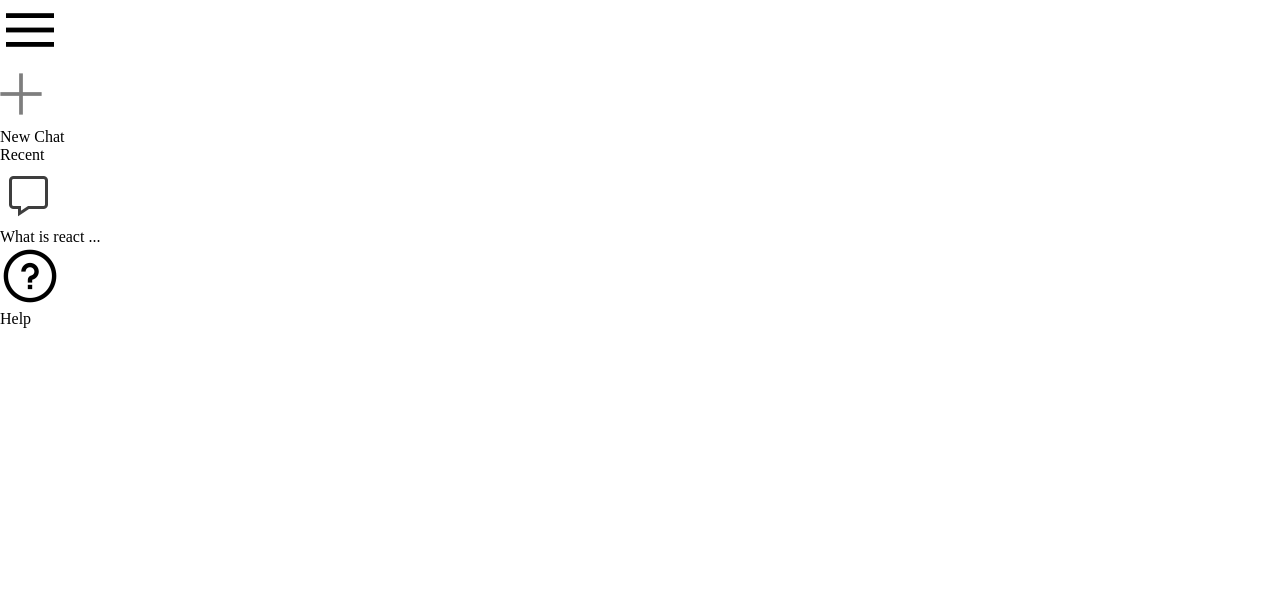
Repository: diyorbe-beep/GhostAi
Page: /
These files come from the project's save history. The page is drawn as it stood at one moment and after a run of saves; the edit follows.
The browser window is 1280 px wide. The pictures show the whole page.
The project was rebuilt for these pictures with package versions that can differ from the ones it lists, and the page was loaded fresh each time. Also part of the build but not shown: vite.config.js, src/components/sidebar/sidebar.css.

Above is the page before, as saved 2025-08-31 11:36:56.

### index.html
<!doctype html>
<html lang="en">
  <head>
    <meta charset="UTF-8" />
    <link rel="icon" type="image/svg+xml" href="./public/ChatGPT Image 31 авг. 2025 г., 11_16_32.png" />
    <meta name="viewport" content="width=device-width, initial-scale=1.0" />
    <title>GhostAi</title>
  </head>
  <body>
    <div id="root"></div>
    <script type="module" src="/src/main.jsx"></script>
  </body>
</html>

### src/index.css
*{
  margin: 0;
  padding: 0;
  box-sizing: border-box;
}

/* body{
  background-color: #171618;
} */

### src/App.jsx
import React from 'react'
import Sidebar from './components/sidebar/sidebar'
export default function App() {
  return (
    <>
      <Sidebar />
    </>
  )
}

### src/components/sidebar/sidebar.jsx
import React from 'react'
import './sidebar.css'
import {assets} from '../../assets/assets'
export default function sidebar() {
  return (
    <div className='sidebar'>
      <div className="top">
        <img className='menu' src={assets.menu_icon} alt="" />
        <div className="new_chat">
            <img src={assets.plus_icon} alt="" />
            <p>New Chat</p>
        </div>
        <div className="recent">
            <p className='recent-title' >Recent </p>
            <div className="recent-entry">
                <img src={assets.message_icon} alt="" />
                <p>What is react ...</p>
            </div>
        </div>
      </div>
      <div className="bottom">
        <div className='bottom_item recent-entry'>
          <img src={assets.question_icon} alt="" />
          <p>Help</p>
        </div>
      </div>
    </div>
  )
}

### src/assets/assets.js
import history_icon from './history_icon.png'
import menu_icon from './menu_icon.png'
import plus_icon from './plus_icon.png'
import question_icon from './question_icon.png'
import setting_icon from './setting_icon.png'
import bulb_icon from './bulb_icon.png'
import compass_icon from './compass_icon.png'
import gallery_icon from './gallery_icon.png'
import mic_icon from './mic_icon.png'
import user_icon from './user_icon.png'
import youtube_icon from './youtube_icon.png'
import message_icon from './message_icon.png'
import code_icon from './code_icon.png'
import send_icon from './send_icon.png'
import gemini_icon from './gemini_icon.png'

export const assets = {
    history_icon,
    menu_icon,
    plus_icon,
    question_icon,
    setting_icon,
    bulb_icon,
    compass_icon,
    gallery_icon,
    mic_icon,
    user_icon,
    youtube_icon,
    message_icon,
    code_icon,
    send_icon,
    gemini_icon
}

Loaded but not shown: src/main.jsx (common file)

After the next 2 saves:
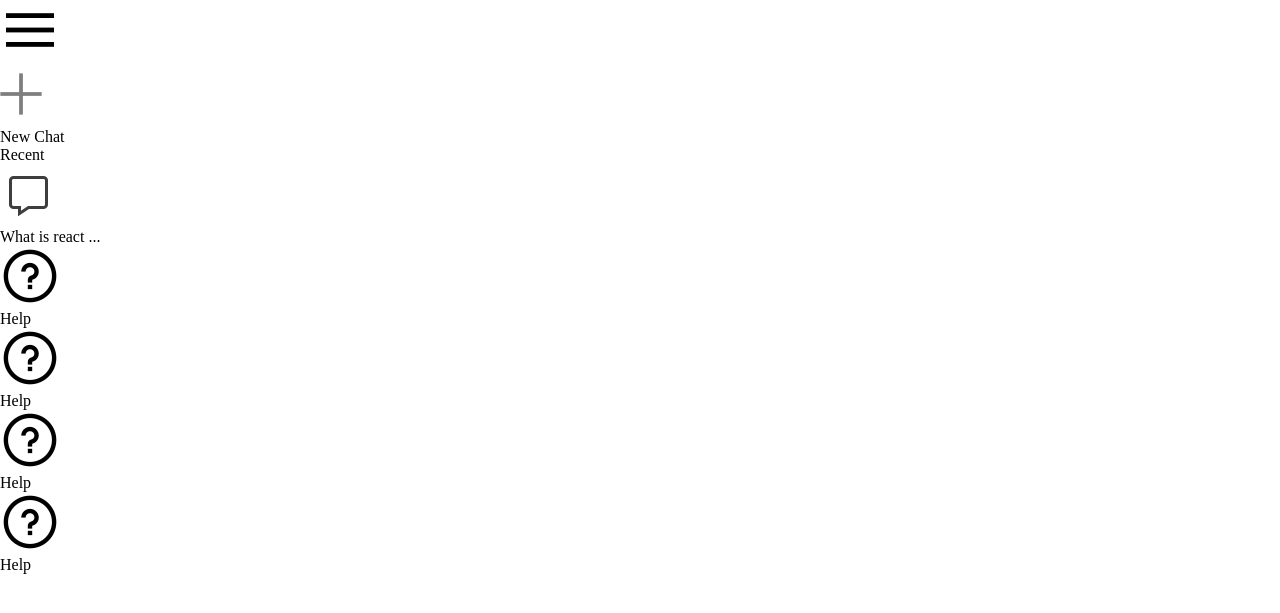
The 2 saves are shown as one change because they came seconds apart.
The last was saved 17 s later.
--- a/src/components/sidebar/sidebar.jsx
+++ b/src/components/sidebar/sidebar.jsx
@@ -1,24 +1,36 @@
 import React from 'react'
 import './sidebar.css'
-import {assets} from '../../assets/assets'
+import { assets } from '../../assets/assets'
 export default function sidebar() {
   return (
     <div className='sidebar'>
       <div className="top">
         <img className='menu' src={assets.menu_icon} alt="" />
         <div className="new_chat">
-            <img src={assets.plus_icon} alt="" />
-            <p>New Chat</p>
+          <img src={assets.plus_icon} alt="" />
+          <p>New Chat</p>
         </div>
         <div className="recent">
-            <p className='recent-title' >Recent </p>
-            <div className="recent-entry">
-                <img src={assets.message_icon} alt="" />
-                <p>What is react ...</p>
-            </div>
+          <p className='recent-title' >Recent </p>
+          <div className="recent-entry">
+            <img src={assets.message_icon} alt="" />
+            <p>What is react ...</p>
+          </div>
         </div>
       </div>
       <div className="bottom">
+        <div className='bottom_item recent-entry'>
+          <img src={assets.question_icon} alt="" />
+          <p>Help</p>
+        </div>
+        <div className='bottom_item recent-entry'>
+          <img src={assets.question_icon} alt="" />
+          <p>Help</p>
+        </div>
+        <div className='bottom_item recent-entry'>
+          <img src={assets.question_icon} alt="" />
+          <p>Help</p>
+        </div>
         <div className='bottom_item recent-entry'>
           <img src={assets.question_icon} alt="" />
           <p>Help</p>
